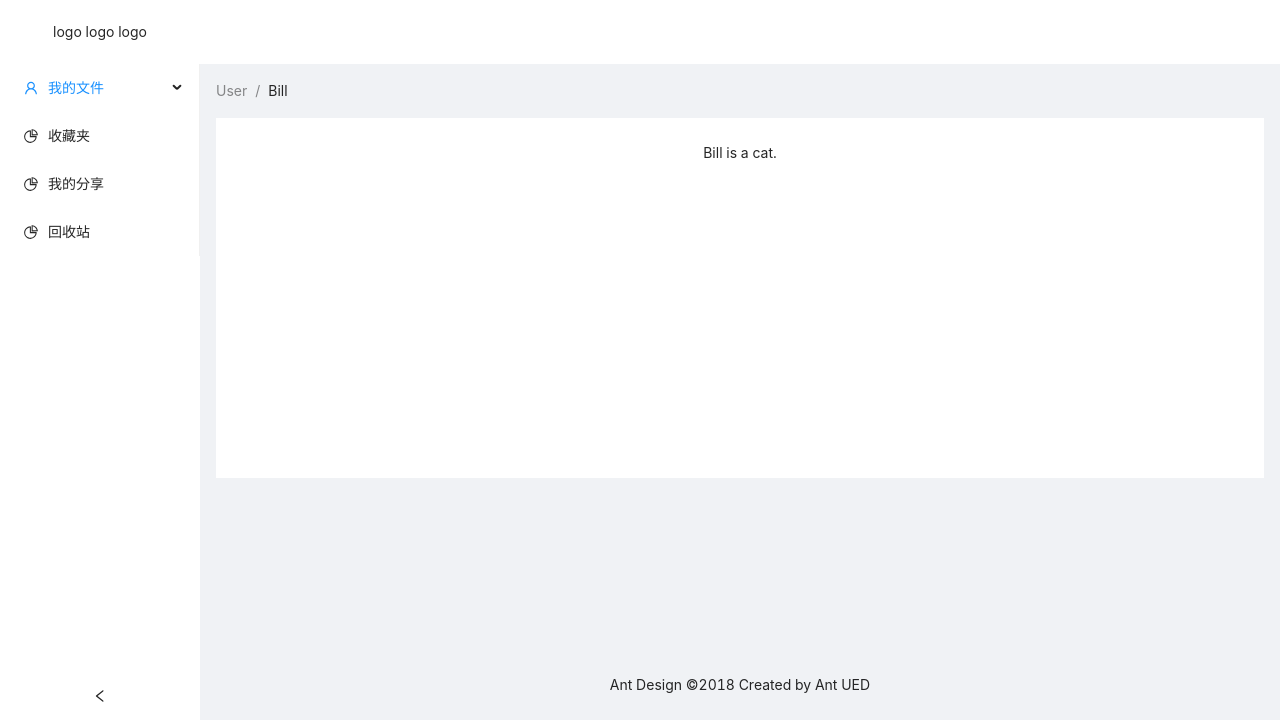
Repository: xstnet/starfire-cloud-fe
Page: /
An editor plug-in stored every save of this project. The page is shown before and after the next save, followed by the edit.
The browser window is 1280 px wide. The pictures show the whole page.
The project was rebuilt for these pictures with package versions that can differ from the ones it lists, and the page was loaded fresh each time.

Above is the page before, as saved 2021-09-12 16:29:36.

After the next save:
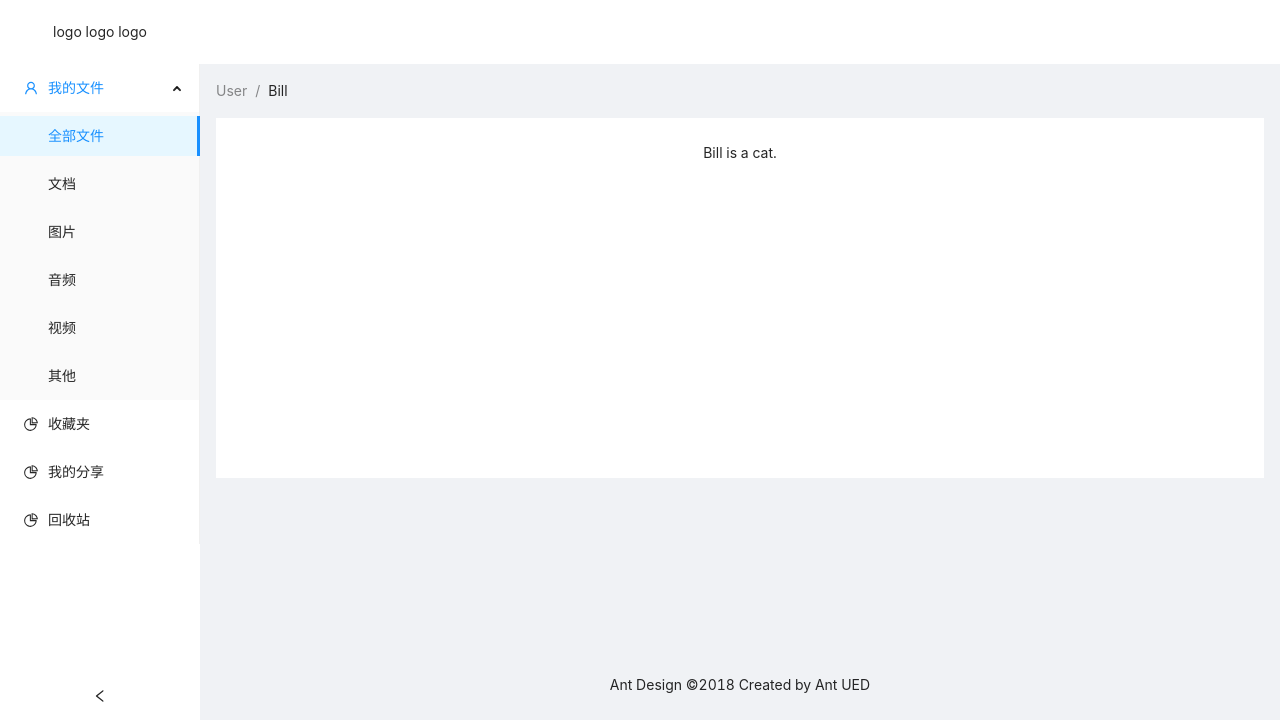
Saved 4 min 29 s later.
--- a/src/page/layout/main.jsx
+++ b/src/page/layout/main.jsx
@@ -27,7 +27,7 @@ class MainLayout extends React.Component {
           <div className="logo">
               logo logo logo
           </div>
-          <Menu defaultSelectedKeys={['all']} mode="inline">
+          <Menu defaultSelectedKeys={['all']} defaultOpenKeys={["my-file"]} mode="inline">
             <SubMenu key="my-file" icon={<UserOutlined />} title="我的文件">
               <Menu.Item key="all">全部文件</Menu.Item>
               <Menu.Item key="doc">文档</Menu.Item>
